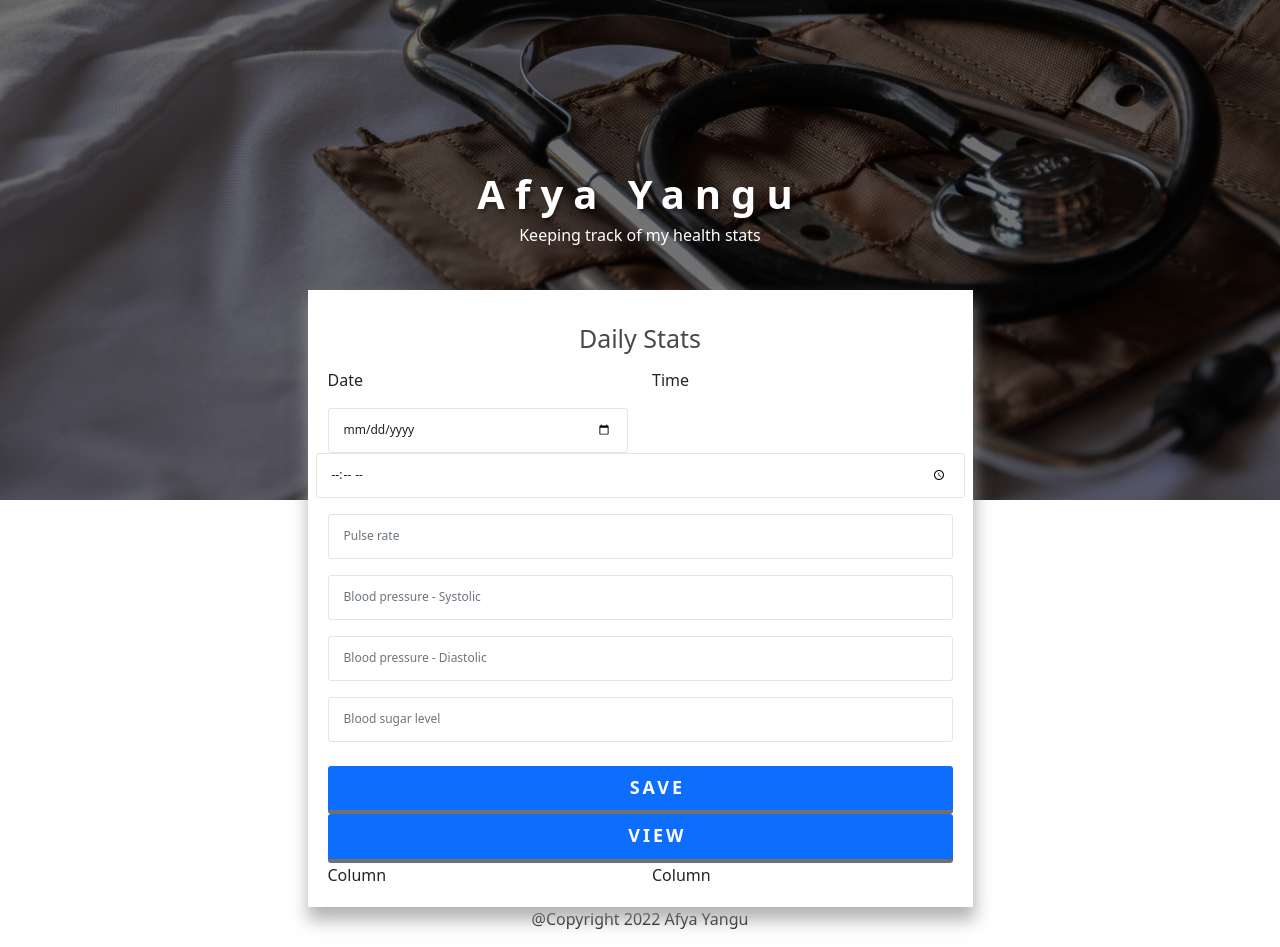
Repository: nashthecoder/afya_yangu
Page: /
These files come from the project's save history. The page is drawn as it stood at one moment and after the next save; the edit follows.
The browser window is 1280 px wide. The pictures show the whole page.
The project was rebuilt for these pictures with package versions that can differ from the ones it lists, and the page was loaded fresh each time.

Above is the page before, as saved 2022-02-27 15:58:07.

After the next save:
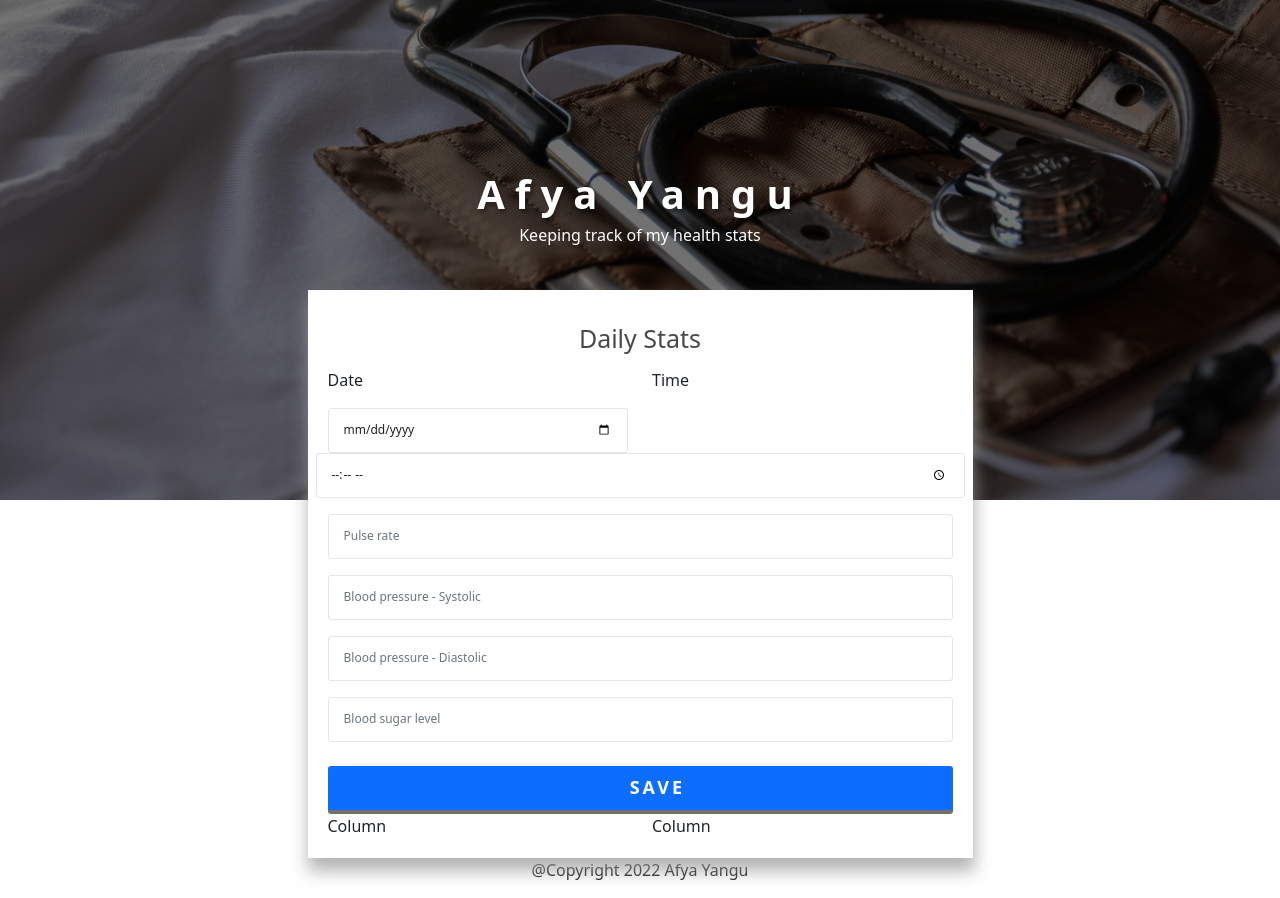
Saved 12 s later.
--- a/src/components/Form.js
+++ b/src/components/Form.js
@@ -84,18 +84,7 @@ const Form = () => {
                                     </svg>{" "}
                                     Save
                                 </button>
-                                <button class="btn btn-primary btn-lg" type="submit" value="Send Now">
-                                    <svg
-                                    xmlns="http://www.w3.org/2000/svg"
-                                    width="27"
-                                    height="27"
-                                    fill="currentColor"
-                                    class="bi bi-mailbox2"
-                                    viewBox="0 0 16 16"
-                                    >
-                                    </svg>{" "}
-                                    View
-                                </button>
+
                                 <div class="container">
                                     <div class="row row-cols-2">
                                         <div class="col">Column</div>
